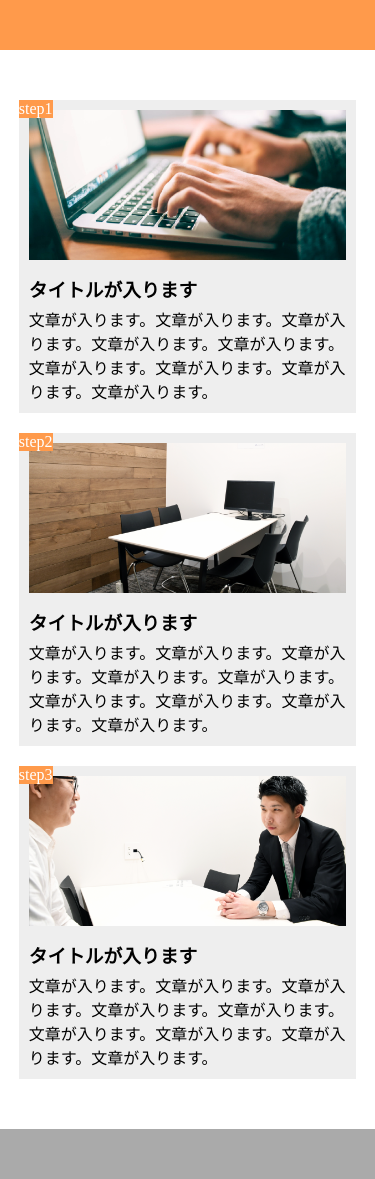
Repository: CarAll02/git-practice
Page: chapter10_exercise/index.html
The author's editor kept a record of every edit. The page is drawn from the files as they stood at one moment, then again after the next edit.
The browser window is 375 px wide. The pictures show the whole page.

Above is the page before.

After the next edit:
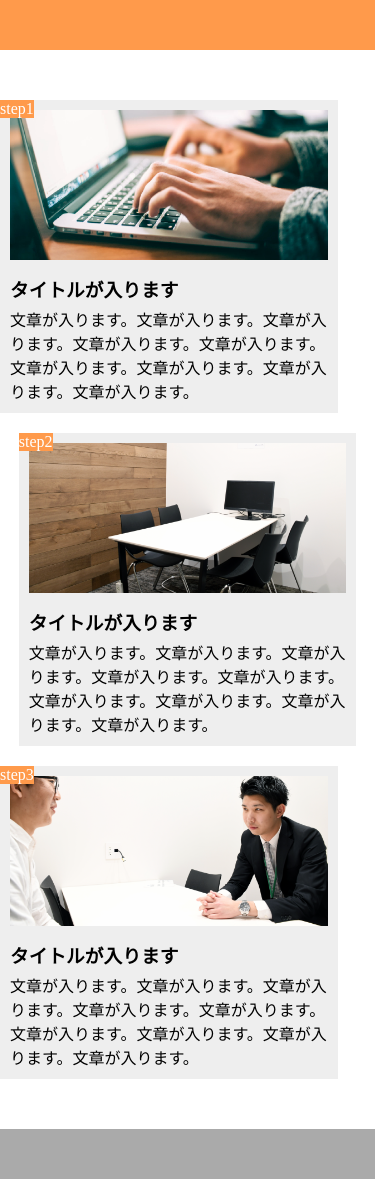
The edit:
--- a/chapter10_exercise/style.css
+++ b/chapter10_exercise/style.css
@@ -74,7 +74,7 @@
 
   .step-box{
     width:90%;
-    margin:0 auto;
+    margin:20 auto;
   }
 
   .step-box:nth-child(2){

After the 2 edits that followed:
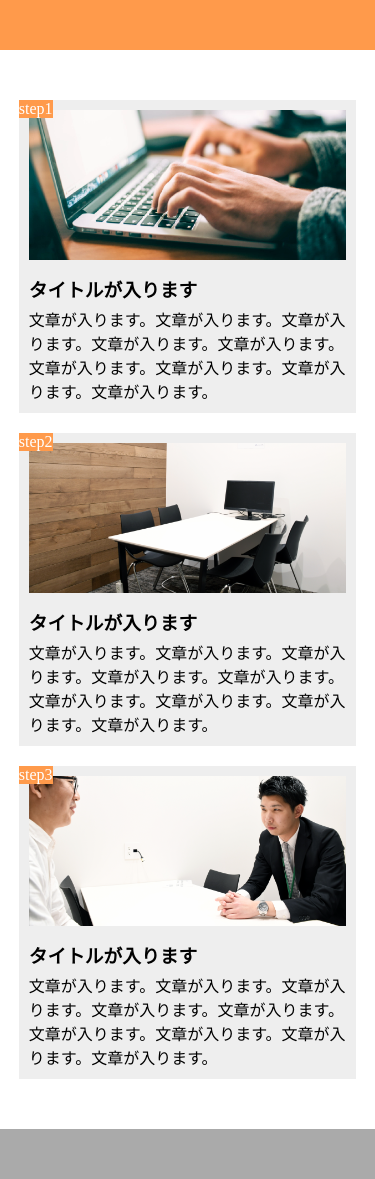
The 2 edits are shown as one change because 1 left the picture as it was.
The edit:
--- a/chapter10_exercise/style.css
+++ b/chapter10_exercise/style.css
@@ -74,10 +74,6 @@
 
   .step-box{
     width:90%;
-    margin:20 auto;
-  }
-
-  .step-box:nth-child(2){
     margin:20px auto;
   }
 
